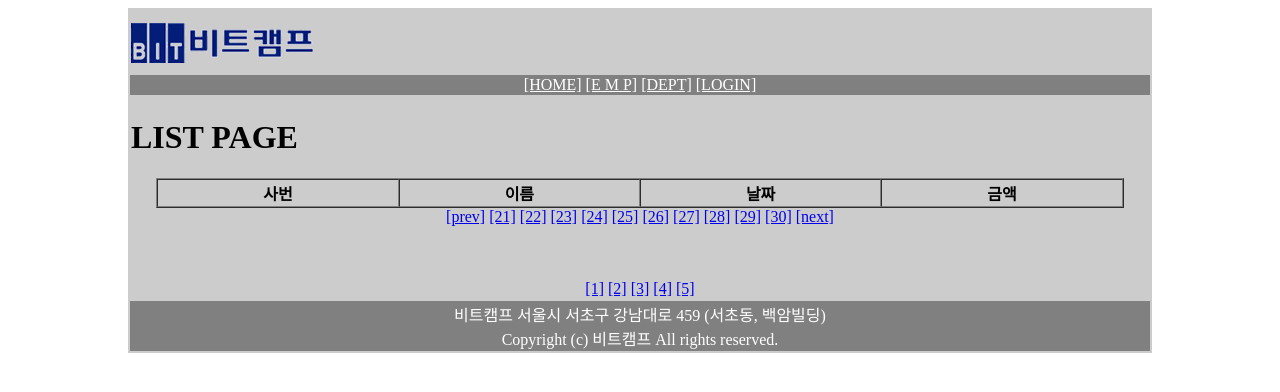
Repository: kwakjaeyeon/webWorkspace
Page: http://localhost/web05/emp/list.jsp?page=11
An editor plug-in stored every save of this project. The page is shown before and after the next save, followed by the edit.
The browser window is 1280 px wide. The pictures show the whole page.
The page is served by Tomcat 9. Queries for data that is not in the repository find no rows.

Above is the page before, as saved 2020-07-03 04:11:26.

After the next save:
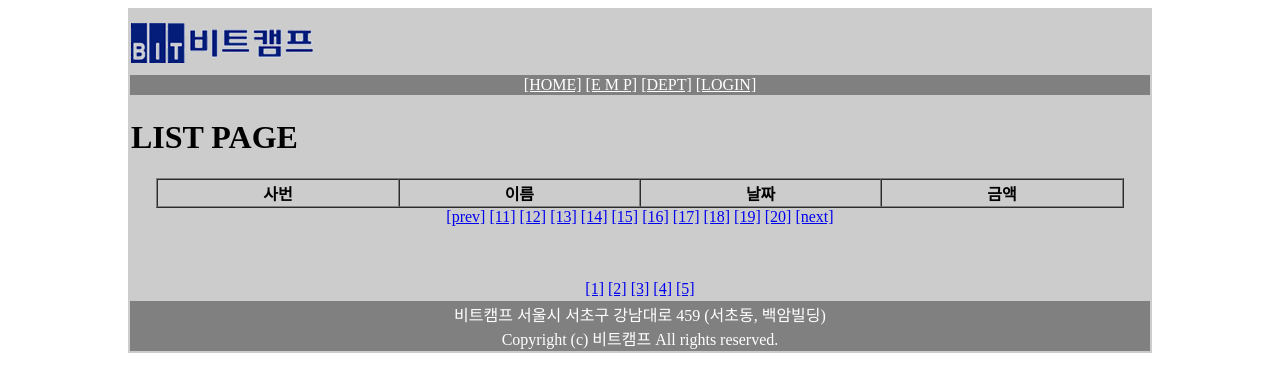
Saved 50 s later.
--- a/web05/WebContent/emp/list.jsp
+++ b/web05/WebContent/emp/list.jsp
@@ -71,7 +71,7 @@
 	<%
 	int lang = 10;
 	int limit = (tot-1)/10+1;
-	int start = ((p-1)/10+1)*10;
+	int start = ((p-1)/lang)*lang;
 	int end = start+10;
 	if(end>limit) end = limit;
 	if(p >= lang+1) {
